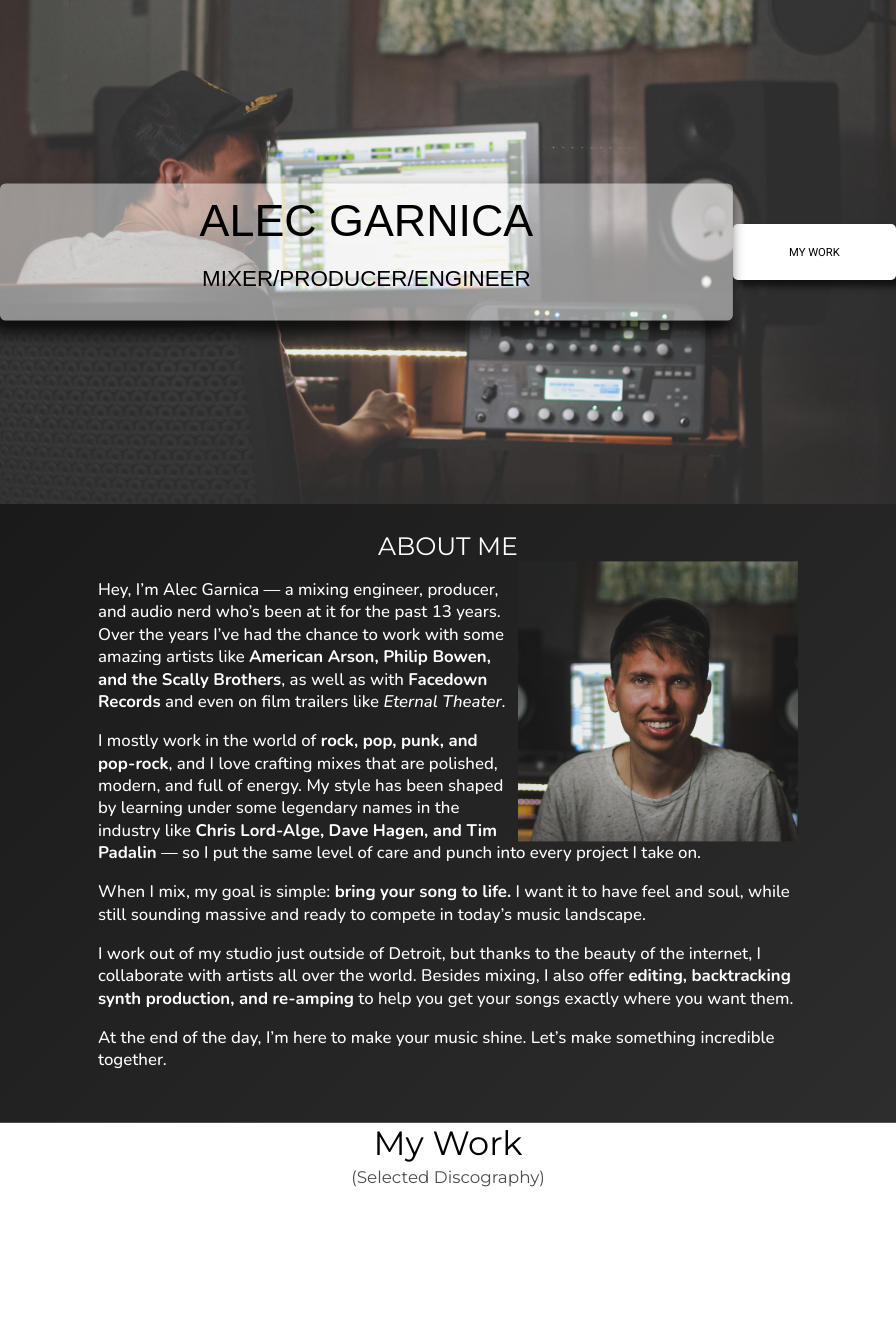
Repository: Aworminator/mixing-portfolio
Page: index.html
The author's editor kept a copy of each file at every save. The page is drawn from the files as they stood at one save, then again after a run of saves.
The browser window is 1280 px wide. The pictures show the part of the page from y = 0 to 1920 px (the page is 6553 px tall), at 70% of full size.
Pictures or frames that could not be fetched are drawn as grey boxes. Some web fonts or font styles are not loaded; a fallback is used.

Above is the page before, as saved 2025-09-02 17:18:53.
Console error: ReferenceError: emailjs is not defined

After the next 2 saves:
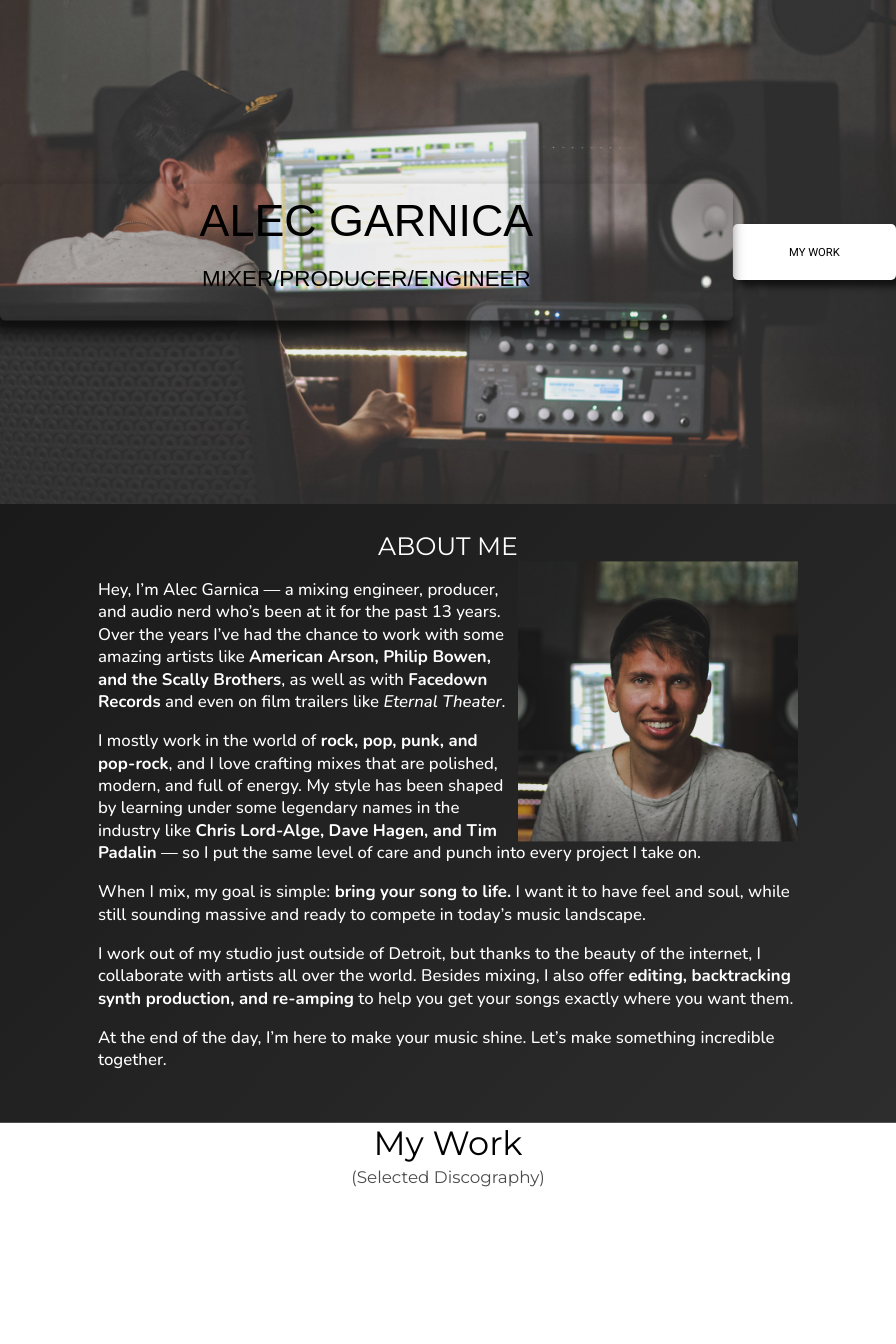
The 2 saves are shown as one change because they came seconds apart.
The last was saved 12 s later.
--- a/styles.css
+++ b/styles.css
@@ -62,6 +62,7 @@
   text-align: center;
   display: flex;
   flex-direction: column;
+  flex
   background-color: rgba(255, 255, 255, 0.467);
   width: 100%;
   box-shadow: -8px 14px 20px 4px rgb(0 0 0 / 69%);

After the save that followed:
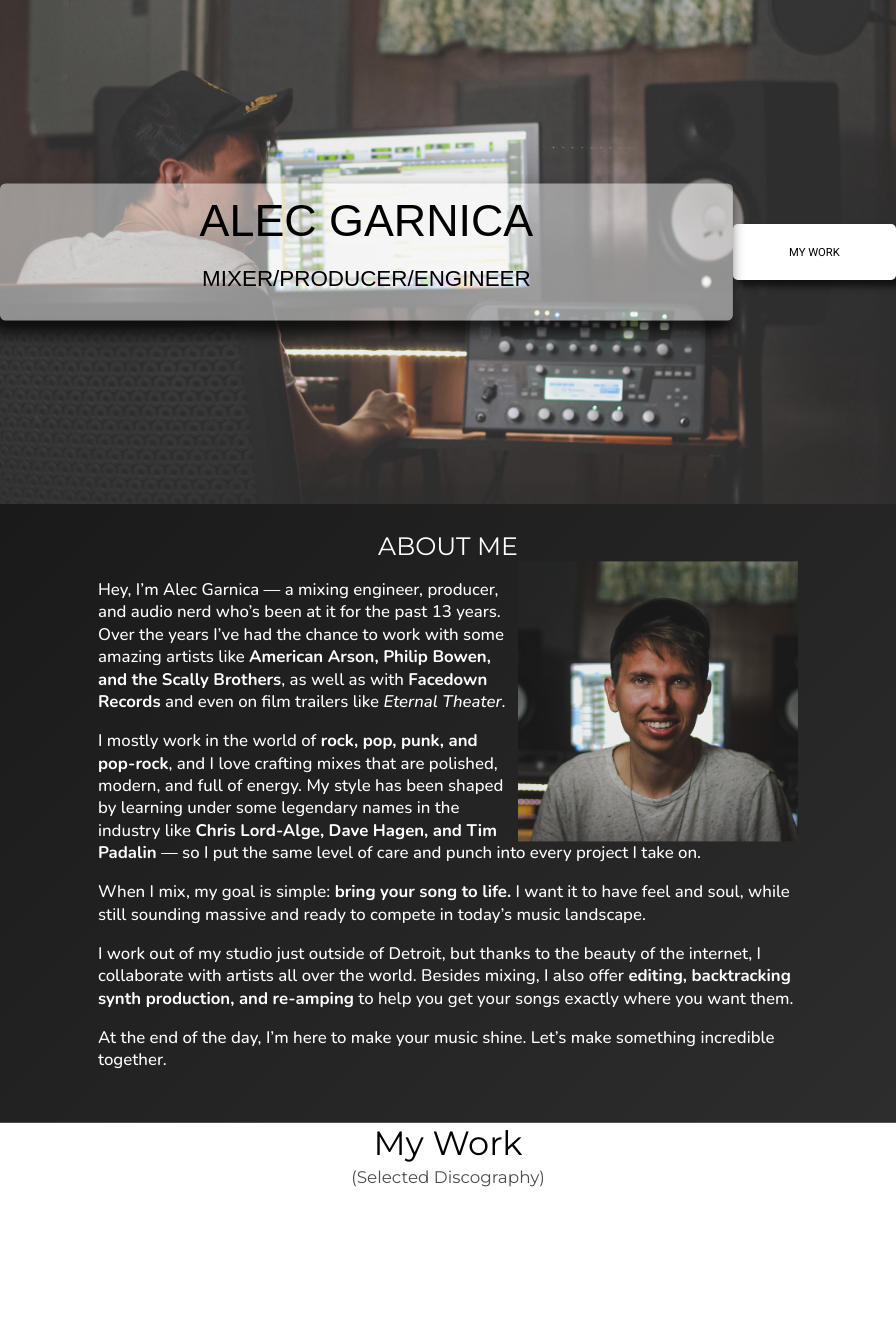
Saved 4 s later.
--- a/styles.css
+++ b/styles.css
@@ -62,7 +62,7 @@
   text-align: center;
   display: flex;
   flex-direction: column;
-  flex
+  flex-wrap: wrap;
   background-color: rgba(255, 255, 255, 0.467);
   width: 100%;
   box-shadow: -8px 14px 20px 4px rgb(0 0 0 / 69%);
